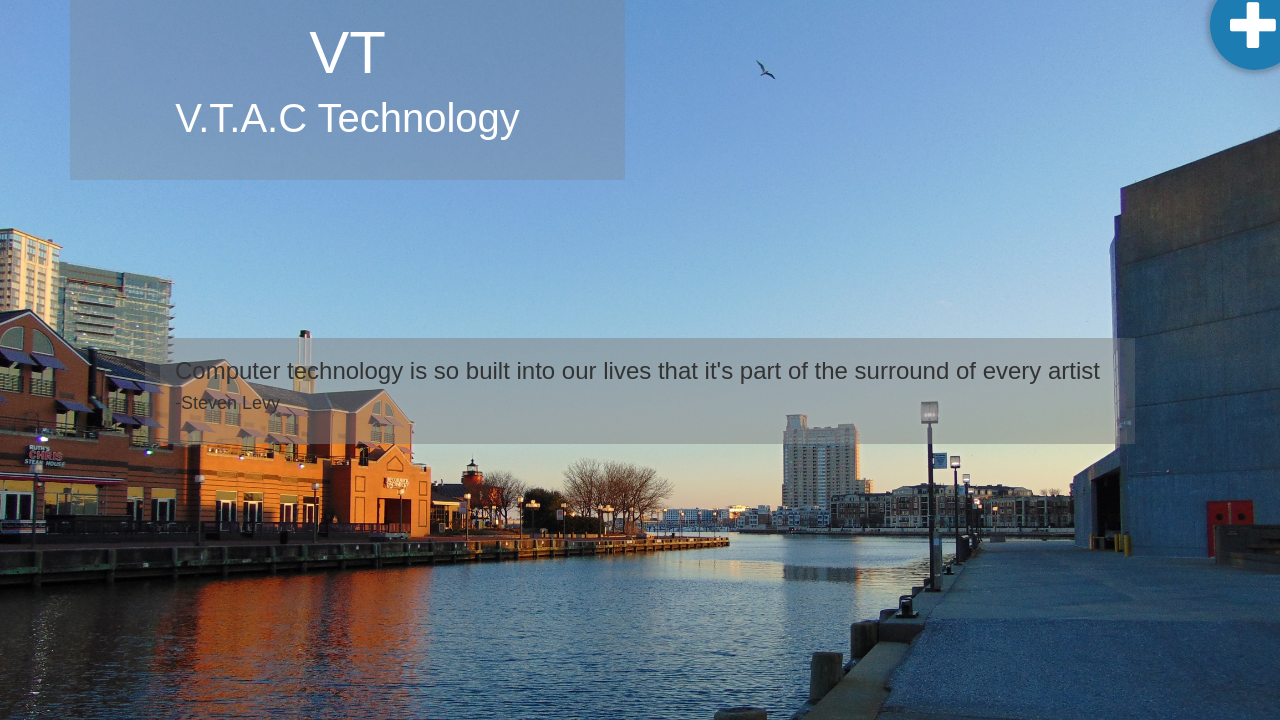
Repository: danidark9312/vtac
Page: http://localhost/vtacTechnology/
The author's editor kept a copy of each file at every save. The page is drawn from the files as they stood at one save, then again after the next save.
The browser window is 1280 px wide. The pictures show the whole page.
The page is served by Tomcat 9.

Above is the page before, as saved 2017-01-30 18:40:46.
Console error (its wording comes from the project's code and is left out).

### vtacTechnology/WebContent/index.jsp
<%@ page language="java" contentType="text/html; charset=ISO-8859-1"
    pageEncoding="ISO-8859-1"%>
<!DOCTYPE html PUBLIC "-//W3C//DTD HTML 4.01 Transitional//EN" "http://www.w3.org/TR/html4/loose.dtd">
<html>
<head>
	<meta http-equiv="Content-Type" content="text/html; charset=ISO-8859-1">
	<title>VTAC Tehnology</title>

	<link href="bootstrap/css/bootstrap.min.css" rel="stylesheet">
 	<script src="bootstrap/js/bootstrap.min.js"> </script>
 	<script src="jquery/jquery.min.js" ></script>
 	<script src="js/menu.js" ></script>

 	<link href="css/common.css" rel="stylesheet" />

</head>
<body>
<div class="menuContainer">
<div class="floatingMenu" onclick="openMenu()">
 <span class="glyphicon glyphicon-plus" aria-hidden="true"></span>
</div>
	<div class="optionGroup">
		<div class="option">Services</div>
		<div class="option">Portfolio</div>
		<div class="option">Contact</div>
	</div>

</div>
	<div class="container">
		<div class="row">
			<div class="col-md-6 col-xs-6">
				<div class="mainLogo">
					<h1>VT</h1>
					<h2>V.T.A.C Technology</h2>
					<br/>
				</div>
			</div>
		</div>

		<div class="row mainQuote">
			<div class="col-md-12 col-xs-12">
				<div class="col-md-12 col-xs-12">
					<h3>Computer technology is so built into our lives that it's part of the surround of every artist</h3>
					<h4>-Steven Levy</h4>
					<br/>
				</div>
			</div>
		</div>
	</div>


</body>
</html>

### vtacTechnology/WebContent/js/menu.js
/**
 *
 */

$(document).ready(function(){
// function for the floating button when cursor leave the button, must hide all options
})

function openMenu(){
	$(".optionGroup .option").toggleClass("shown");
}

### vtacTechnology/WebContent/css/common.css

@CHARSET "ISO-8859-1";


:root {
  --main-color: #1d7db3;
  --main-color-highlighted: #e8a05d;
  --caption-color : rgba(128, 128, 128, 0.29);
}

*{
	font-family: "Comic Sans MS", cursive, sans-serif;
}

.mainQuote{
	height: 500px;
	padding: 158px 90px;
}

.mainQuote div{
	background-color: var(--caption-color);
}

.menuContainer{
	position : fixed;
	right: 0px;
	top: 0px;
}

.floatingMenu{
	    background-color: var(--main-color);
    color: white;
    width: 90px;
    height: 90px;
    text-align: center;
    padding: 18px;
    border-radius: 100%;
    box-shadow: 0px 0px 5px 4px rgba(0, 0, 0, 0.18), 0px 4px 12px -7px rgba(0, 0, 0, 0.15);

    -webkit-transition: all .1s ease-out;
    position: absolute;
    right: -20px;
    top: -20px;
    cursor: pointer;
}


.menuContainer .optionGroup{
	        padding: 5px 0;
	        margin-top: 12px;
    font-size: 23px;
    position: absolute;
    top: 70px;
    right: 0px;;
}

.floatingMenu:hover{
	right: 0px;
	top: 0px;
	background-color: var(--main-color-highlighted);
	box-shadow: 0px 0px 14px 6px rgba(0, 0, 0, 0.18), 0px 4px 12px -7px rgba(0, 0, 0, 0.15);
}

.floatingMenu span{
	font-size: 50px;
}

.menuContainer .option{
	    padding: 5px 10px;
    font-size: 23px;
    background: var(--main-color);;
    color: white;
    border-top-left-radius: 20px;
    border-bottom-left-radius: 20px;
    box-shadow: 0px 5px 11px -2px rgba(0, 0, 0, 0.18), 0px 4px 12px -7px rgba(0, 0, 0, 0.15);
    -webkit-transition: all .2s ease-out;
    opacity: 0;
    cursor: pointer;
}
.menuContainer .option:hover{
    background-color: var(--main-color-highlighted);
}

.menuContainer .option.shown{
	opacity: 1;
	margin-top: 5px;
}




body {
	background: #ffffff url("../img/background2.jpg") no-repeat right top;
	background-size: cover;
}

.mainLogo{
	    text-align: center;
    padding: 10px;
    /* background-color: var(--main-color);*/
    background-color: var(--caption-color);
    color: white;

    /* border-radius: 50%;*/
}

.mainLogo h1{
	font-size: 60px;
	margin-top: 10px;
}

.mainLogo h2{
	font-size: 40px;
	margin-top: 0px;
}

Loaded but not shown: vtacTechnology/WebContent/bootstrap/css/bootstrap.min.css (library); vtacTechnology/WebContent/bootstrap/js/bootstrap.min.js (library); vtacTechnology/WebContent/jquery/jquery.min.js (library)

After the next save:
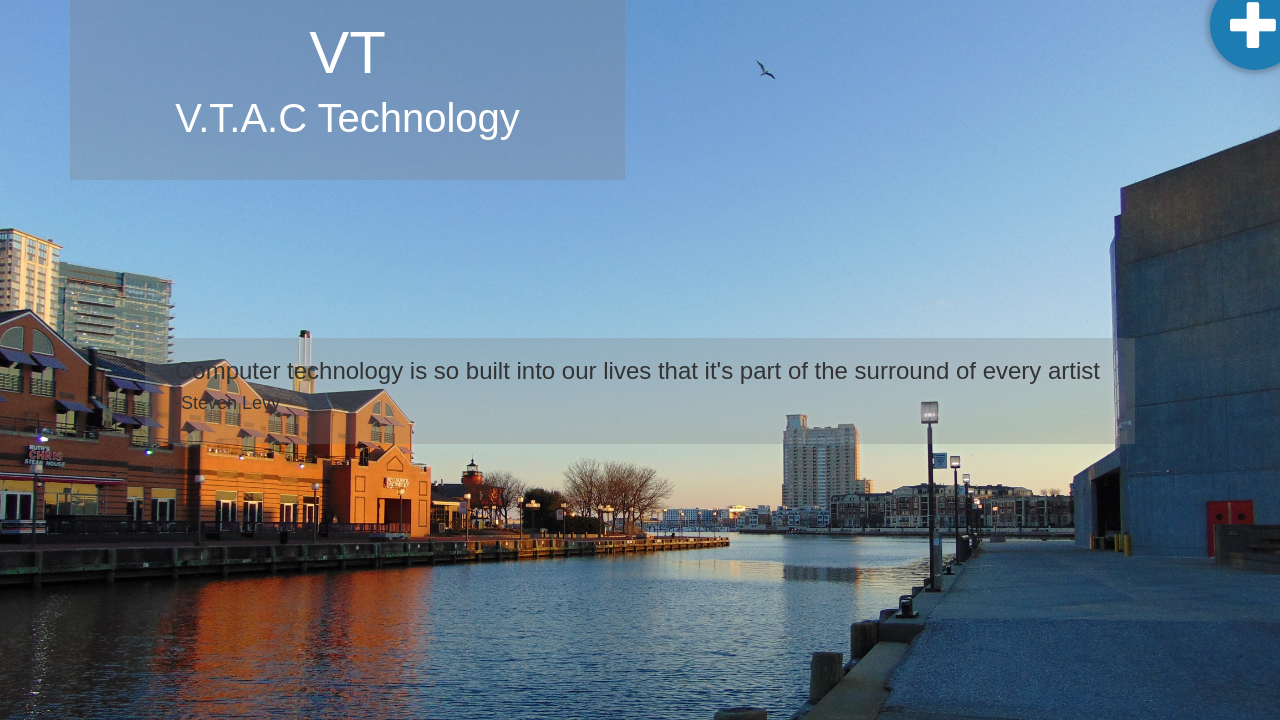
Saved 35 s later.
--- a/vtacTechnology/WebContent/css/common.css
+++ b/vtacTechnology/WebContent/css/common.css
@@ -17,7 +17,7 @@
 	padding: 158px 90px;
 }
 
-.mainQuote div{
+.mainQuote>div{
 	background-color: var(--caption-color);
 }
 
